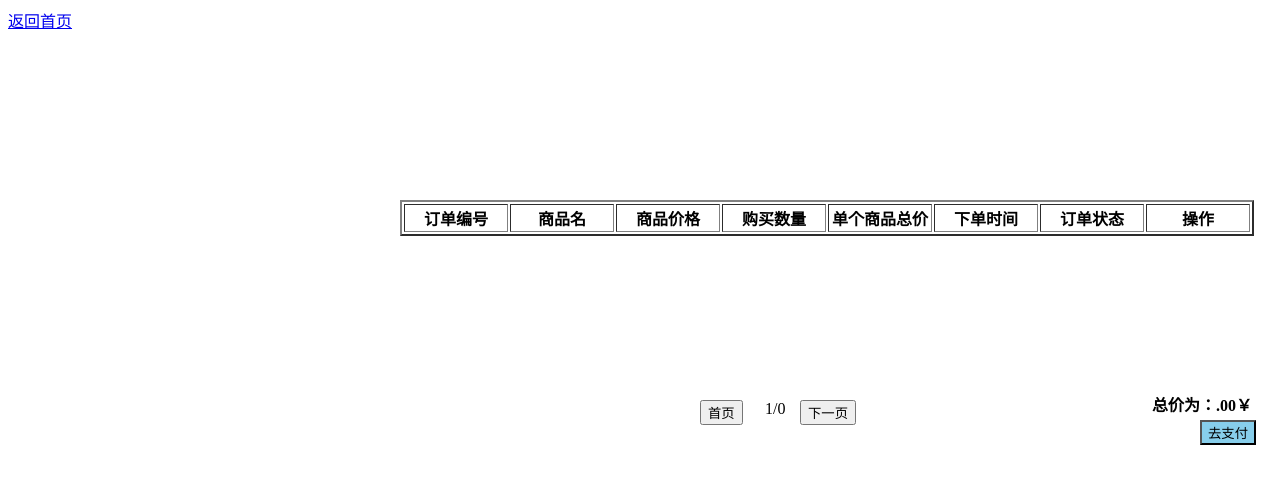
Repository: Gale-student/Gale-student.github.io
Page: http://localhost/weshop/OrdersDetailUnpaidQueryServlet
These files come from the project's save history. The page is drawn as it stood at one moment and after the next save; the edit follows.
The browser window is 1280 px wide. The pictures show the whole page.
The page is served by Tomcat 9. Other server files are loaded and not shown. Queries for data that is not in the repository find no rows.

Above is the page before, as saved 2022-10-05 13:21:26.

### WeShop/weshop/WebRoot/WEB-INF/jsp/OrdersUnpaidQueryOfUser.jsp
<%@ page language="java" import="java.util.*,com.company.entity.*" pageEncoding="utf-8"%>
<%
String path = request.getContextPath();
String basePath = request.getScheme()+"://"+request.getServerName()+":"+request.getServerPort()+path+"/";
%>

<!DOCTYPE HTML PUBLIC "-//W3C//DTD HTML 4.01 Transitional//EN">
<html>
  <head>
    <base href="<%=basePath%>">

    <title>My JSP 'OrdersUnpaidQueryOfUser.jsp' starting page</title>

	<meta http-equiv="pragma" content="no-cache">
	<meta http-equiv="cache-control" content="no-cache">
	<meta http-equiv="expires" content="0">
	<meta http-equiv="keywords" content="keyword1,keyword2,keyword3">
	<meta http-equiv="description" content="This is my page">
	<!--
	<link rel="stylesheet" type="text/css" href="styles.css">
	-->
  <%
      List<OrdersDetail> ordersDetailList = (List<OrdersDetail>)request.getAttribute("ordersDetailList");

      int currentPage = (Integer) session.getAttribute("currentPage");
      int allPage = (Integer) session.getAttribute("allPage");

      String upPage = "上一页";
      String downPage = "下一页";
      if(currentPage == 1){
         upPage = "首页";
      }
      if(currentPage == allPage){
         downPage = "尾页";
      }

      String totalPrice = (String) request.getAttribute("totalPrice");
      if(totalPrice == null){
         totalPrice = "";
      }
   %>
    <style type="text/css">
     th{
        width: 100px;
     }
     td{
        width: 100px;
     }
   </style>
  </head>

  <body>
   <a href="ShoppingHomePage.jsp">返回首页</a>
    <table style="position: absolute; left: 400px; top: 200px; text-align: center;" border="2" cellspacing="2">
       <tr>
          <th>订单编号</th>
          <th>商品名</th>
          <th>商品价格</th>
          <th>购买数量</th>
          <th>单个商品总价</th>
          <th>下单时间</th>
          <th>订单状态</th>
          <th>操作</th>
       </tr>
       <%for(int i = 0; i < ordersDetailList.size(); i ++){ %>
       <tr>
          <td><%=ordersDetailList.get(i).getOid() %></td>
          <td><%=ordersDetailList.get(i).getSname() %></td>
          <td><%=ordersDetailList.get(i).getSprice() %>.00￥</td>
          <td><%=ordersDetailList.get(i).getQuantity() %>.0</td>
          <td><%=ordersDetailList.get(i).getShopPrice() %>.00￥</td>
          <td><%=ordersDetailList.get(i).getDate() %></td>
          <td><%=ordersDetailList.get(i).getStatus() %></td>
          <td>
             <form action="OrdersCancelOfUserServlet" method="post">
                <input style="position: absolute; visibility: hidden;" type="text" value=<%=ordersDetailList.get(i).getOid() %> name="oid">
                <input type="submit" value="取消订单">
             </form>
          </td>
       </tr>
       <%} %>
    </table>
    <div style="position: absolute; left: 700px; top: 400px;">
    <form action="OrdersDetailUnpaidUpPageServlet" method="post">
       <input type="submit" value=<%=upPage %>>
    </form>
    <label style="position: absolute; top: 0px; left: 65px;"><%=currentPage + "/" + allPage %></label>
    <form style="position: absolute; top: 0px; left: 100px;" action="OrdersDetailUnpaidDownPageServlet" method="post">
       <input type="submit" value=<%=downPage %>>
    </form>

    </div>
    <label style="position: absolute; left: 1150px; top: 390px;border: 2px solid white; font-weight: bolder;">总价为：<%=totalPrice %>.00￥</label>
    <form action="" method="post">
        <input style="position: absolute; left: 1200px; top: 420px; background: skyblue; " type="submit" value="去支付">
    </form>
  </body>
</html>

### WeShop/weshop/src/com/company/controller/OrdersDetailUnpaidQueryServlet.java
package com.company.controller;

import java.io.IOException;
import java.io.PrintWriter;
import java.util.List;

import javax.servlet.ServletException;
import javax.servlet.http.HttpServlet;
import javax.servlet.http.HttpServletRequest;
import javax.servlet.http.HttpServletResponse;
import javax.servlet.http.HttpSession;

import com.company.entity.OrdersDetail;
import com.company.service.OrdersService;
import com.company.service.OrdersServiceImpl;

public class OrdersDetailUnpaidQueryServlet extends HttpServlet {

	/**
	 * The doGet method of the servlet. <br>
	 *
	 * This method is called when a form has its tag value method equals to get.
	 *
	 * @param request the request send by the client to the server
	 * @param response the response send by the server to the client
	 * @throws ServletException if an error occurred
	 * @throws IOException if an error occurred
	 */
	public void doGet(HttpServletRequest request, HttpServletResponse response)
			throws ServletException, IOException {

		doPost(request, response);
	}

	/**
	 * The doPost method of the servlet. <br>
	 *
	 * This method is called when a form has its tag value method equals to post.
	 *
	 * @param request the request send by the client to the server
	 * @param response the response send by the server to the client
	 * @throws ServletException if an error occurred
	 * @throws IOException if an error occurred
	 */
	public void doPost(HttpServletRequest request, HttpServletResponse response)
			throws ServletException, IOException {

		HttpSession hs = request.getSession();
		String uid = (String)hs.getAttribute("uid");
		OrdersService ordersService = new OrdersServiceImpl();
		try {
			List<OrdersDetail> ordersDetailList = ordersService.queryOrdersDetailUnpaid(uid, 0);
			int allRows = ordersService.OrdersDetailUnpaidAllRows(uid);
			int allPage = allRows / 3;
			if(allRows % 3 != 0){
				allPage ++;
			}
			String totalPrice = ordersService.queryTotalPriceOfUserUnpaidOrders(uid);
			request.setAttribute("totalPrice", totalPrice);
			hs.setAttribute("allPage", allPage);
			hs.setAttribute("currentPage", 1);
			request.setAttribute("ordersDetailList", ordersDetailList);
			request.getRequestDispatcher("WEB-INF/jsp/OrdersUnpaidQueryOfUser.jsp").forward(request, response);
		} catch (Exception e) {
			// TODO Auto-generated catch block
			e.printStackTrace();
		}

	}

}

### WeShop/weshop/src/com/company/service/OrdersServiceImpl.java
package com.company.service;

import java.util.List;

import com.company.dao.OrdersDao;
import com.company.dao.OrdersDaoImpl;
import com.company.entity.Orders;
import com.company.entity.OrdersDetail;

public class OrdersServiceImpl implements OrdersService {
	private OrdersDao ordersDao = new OrdersDaoImpl();

    //获取订单表总行数
	public int OrdersAllRows() throws Exception {
		int ordersAllRows = ordersDao.OrdersAllRows();
		return ordersAllRows;
	}

    //添加订单(购买 下单 默认未支付状态)
	public void addOrders(String uid, String sid, String quantity)
			throws Exception {
		ordersDao.insertOrders(uid, sid, quantity);
	}

    //取消订单
	public void cancelOrders(String oid) throws Exception {
		ordersDao.deleteOrders(oid);
	}

    //订单表分页
	public List<Orders> ordersPagingQuery(int page) throws Exception {
		List<Orders> ordersList = ordersDao.ordersPaging(page * 3, 3);
		return ordersList;
	}

    //根据订单编号查订单
	public List<Orders> queryOrdersByOid(String oid) throws Exception {
		List<Orders> ordersList = ordersDao.selectOrdersByOid(oid);
		return ordersList;
	}

    //查看未支付订单
	public List<Orders> queryOrdersByStatusUnpaid() throws Exception {
		List<Orders> ordersList = ordersDao.selectOrdersByStatusUnpaid();
		return ordersList;
	}

	//通过用户ID查订单
	public List<Orders> queryOrdersByUid(String uid) throws Exception {
		List<Orders> ordersList = ordersDao.selectOrdersByUid(uid);
		return ordersList;
	}

	//修改商品数量
	public void modifyQuantity(String sid, String quantity) throws Exception {
		ordersDao.updateQuantity(sid, quantity);
	}

	//查找所有订单
	public List<Orders> queryAllOrders() throws Exception {
		List<Orders> ordersList = ordersDao.selectAllOrders();
		return ordersList;
	}

	//查看用户所有订单详情
	public List<OrdersDetail> selectOrdersDetail(String uid, int page) throws Exception {
		List<OrdersDetail> ordersDetailList = ordersDao.selectOrdersDetail(uid, page * 3, 3);
		return ordersDetailList;
	}

	//获取用户订单表总行数
	public int OrdersDetailAllRows(String uid) throws Exception {
		int ordersDetailAllRows = ordersDao.OrdersDetailAllRows(uid);
		return ordersDetailAllRows;
	}

	//获取用户未支付订单总行数
	public int OrdersDetailUnpaidAllRows(String uid) throws Exception {
		int ordersDetailUnpaidAllRows = ordersDao.OrdersDetailUnpaidAllRows(uid);
		return ordersDetailUnpaidAllRows;
	}

	//查看用户未支付订单详情
	public List<OrdersDetail> queryOrdersDetailUnpaid(String uid, int page) throws Exception {
		List<OrdersDetail> ordersDetaiUnpaidlList = ordersDao.selectOrdersDetailUnpaid(uid, page * 3, 3);
		return ordersDetaiUnpaidlList;
	}

	//
	public String queryTotalPriceOfUserUnpaidOrders(String uid)
			throws Exception {
		String totalPrice = ordersDao.selectTotalPriceOfUserUnpaidOrders(uid);
		return totalPrice;
	}


}

### WeShop/weshop/src/com/company/dao/OrdersDao.java
package com.company.dao;

import java.util.List;

import com.company.entity.Orders;
import com.company.entity.OrdersDetail;

public interface OrdersDao {
	//删除订单(取消订单)
	public void deleteOrders(String oid) throws Exception;
	//订单表分页
	public List<Orders> ordersPaging(int offset, int count) throws Exception;
	//获取订单表总行数
	public int OrdersAllRows() throws Exception;
	//根据订单号查找订单
	public List<Orders> selectOrdersByOid(String oid) throws Exception;
	//查看未支付订单
	public List<Orders> selectOrdersByStatusUnpaid() throws Exception;
	//用户下单(添加订单)
	public void insertOrders(String uid, String sid, String quantity) throws Exception;
	//根据用户ID查订单
	public List<Orders> selectOrdersByUid(String uid) throws Exception;
	//更新订单中商品数量
	public void updateQuantity(String sid, String quantity) throws Exception;
	//查寻所有订单
	public List<Orders> selectAllOrders() throws Exception;
	//订单详情表分页(用户)
	public List<OrdersDetail> selectOrdersDetail(String uid, int offset, int count) throws Exception;
	//获取用户订单表总行数
	public int OrdersDetailAllRows(String uid) throws Exception;
	//用户未支付订单分页查询
	public List<OrdersDetail> selectOrdersDetailUnpaid(String uid, int offset, int count) throws Exception;
	//获取用户未支付订单表总行数
	public int OrdersDetailUnpaidAllRows(String uid) throws Exception;
	//获取所有未支付订单的总价
	public String selectTotalPriceOfUserUnpaidOrders(String uid) throws Exception;
}

### WeShop/weshop/src/com/company/dao/OrdersDaoImpl.java
package com.company.dao;

import java.sql.Connection;
import java.sql.Date;
import java.sql.DriverManager;
import java.sql.PreparedStatement;
import java.sql.ResultSet;
import java.text.DateFormat;
import java.util.ArrayList;
import java.util.List;

import com.company.entity.Orders;
import com.company.entity.OrdersDetail;
import com.company.entity.User;

public class OrdersDaoImpl implements OrdersDao {
	private String url = "jdbc:mysql://localhost:3306/test?characterEncoding=utf-8";
    private String username = "root";
    private String password = "root";

    //获取订单表总行数(管理员)
	public int OrdersAllRows() throws Exception {
		Class.forName("com.mysql.jdbc.Driver");
		Connection conn = DriverManager.getConnection(url, username, password);
		String sql = " select count(*) as rows from orders ";
		PreparedStatement ps = conn.prepareStatement(sql);
		ResultSet rs = ps.executeQuery();
		rs.next();
		int rows = rs.getInt("rows");
		return rows;
	}

    //删除订单(管理员)
	public void deleteOrders(String oid) throws Exception {
		Class.forName("com.mysql.jdbc.Driver");
		Connection conn = DriverManager.getConnection(url, username, password);
		String sql = " delete from orders where oid = ? ";
		PreparedStatement ps = conn.prepareStatement(sql);
		ps.setString(1, oid);
		ps.execute();
		conn.close();

	}

    //订单表分页(管理员)
	public List<Orders> ordersPaging(int offset, int count) throws Exception {
		Class.forName("com.mysql.jdbc.Driver");
		Connection conn = DriverManager.getConnection(url, username, password);
		String sql = " select * from orders limit ?, ? ";
		PreparedStatement ps = conn.prepareStatement(sql);
		ps.setInt(1, offset);
		ps.setInt(2, count);
		ResultSet rs = ps.executeQuery();
		List<Orders> ordersList = new ArrayList<Orders>();
		while(rs.next()){
			String oid = rs.getString("oid");
			String uid = rs.getString("uid");
			String sid = rs.getString("sid");
			String quantity = rs.getString("quantity");
			String date = rs.getString("date");
			String status = rs.getString("status");
			Orders orders = new Orders();
			orders.setOid(oid);
			orders.setUid(uid);
			orders.setSid(sid);
			orders.setQuantity(quantity);
			orders.setDate(date);
			orders.setStatus(status);
            ordersList.add(orders);
		}
		return ordersList;
	}

    //根据订单号查找订单(管理员)
	public List<Orders> selectOrdersByOid(String oid) throws Exception {
		Class.forName("com.mysql.jdbc.Driver");
		Connection conn = DriverManager.getConnection(url, username, password);
		String sql = " select * from orders where oid = ? ";
		PreparedStatement ps = conn.prepareStatement(sql);
		ps.setString(1, oid);
		ResultSet rs = ps.executeQuery();
		List<Orders> ordersList = new ArrayList<Orders>();
		while(rs.next()){
			String uid = rs.getString("uid");
			String sid = rs.getString("sid");
			String quantity = rs.getString("quantity");
			String date = rs.getString("date");
			String status = rs.getString("status");
			Orders orders = new Orders();
			orders.setOid(oid);
			orders.setUid(uid);
			orders.setSid(sid);
			orders.setQuantity(quantity);
			orders.setDate(date);
			orders.setStatus(status);
			ordersList.add(orders);
		}
		return ordersList;
	}

    //查看未支付订单(管理员)
	public List<Orders> selectOrdersByStatusUnpaid() throws Exception {
		Class.forName("com.mysql.jdbc.Driver");
		Connection conn = DriverManager.getConnection(url, username, password);
		String sql = " select * from orders where status = '0' ";
		PreparedStatement ps = conn.prepareStatement(sql);
		ResultSet rs = ps.executeQuery();
		List<Orders> ordersList = new ArrayList<Orders>();
		while(rs.next()){
			String oid = rs.getString("oid");
			String uid = rs.getString("uid");
			String sid = rs.getString("sid");
			String quantity = rs.getString("quantity");
			String date = rs.getString("date");
			String status = rs.getString("status");
			Orders orders = new Orders();
			orders.setOid(oid);
			orders.setUid(uid);
			orders.setSid(sid);
			orders.setQuantity(quantity);
			orders.setDate(date);
			orders.setStatus(status);
			ordersList.add(orders);
		}
		return ordersList;
	}

	//添加订单(用户购买)
	public void insertOrders(String uid, String sid, String quantity) throws Exception {
		Class.forName("com.mysql.jdbc.Driver");
		Connection conn = DriverManager.getConnection(url, username, password);

		System.currentTimeMillis();
		String oid = "" + System.currentTimeMillis();
		String sql = " insert into orders values ( ?, ?, ?, ?, now(), 0 ) ";
		PreparedStatement ps = conn.prepareStatement(sql);
		ps.setString(1, oid);
		ps.setString(2, uid);
		ps.setString(3, sid);
		ps.setString(4, quantity);
		ps.execute();
		conn.close();

	}

	//根据用户ID查询订单(管理员)
	public List<Orders> selectOrdersByUid(String uid) throws Exception {
		Class.forName("com.mysql.jdbc.Driver");
		Connection conn = DriverManager.getConnection(url, username, password);
		String sql = " select * from orders where uid = ? ";
		PreparedStatement ps = conn.prepareStatement(sql);
		ps.setString(1, uid);
		ResultSet rs = ps.executeQuery();
		List<Orders> ordersList = new ArrayList<Orders>();
		while(rs.next()){
			String oid = rs.getString("oid");
			String sid = rs.getString("sid");
			String quantity = rs.getString("quantity");
			String date = rs.getString("date");
			String status = rs.getString("status");
			Orders orders = new Orders();
			orders.setOid(oid);
			orders.setUid(uid);
			orders.setSid(sid);
			orders.setQuantity(quantity);
			orders.setDate(date);
			orders.setStatus(status);
			ordersList.add(orders);
		}
		return ordersList;
	}

	//更新订单中商品数量(用户 添加相同商品)
	public void updateQuantity(String sid, String quantity) throws Exception {
		Class.forName("com.mysql.jdbc.Driver");
		Connection conn = DriverManager.getConnection(url, username, password);
		String sql = " update orders set quantity = quantity + ? where sid = ? and status = 0 ";
		PreparedStatement ps = conn.prepareStatement(sql);
		ps.setString(1, quantity);
		ps.setString(2, sid);
		ps.execute();
		conn.close();
	}

	//查询所有订单(管理员)
	public List<Orders> selectAllOrders() throws Exception {
		Class.forName("com.mysql.jdbc.Driver");
		Connection conn = DriverManager.getConnection(url, username, password);
		String sql = " select * from orders ";
		PreparedStatement ps = conn.prepareStatement(sql);
		ResultSet rs = ps.executeQuery();
		List<Orders> ordersList = new ArrayList<Orders>();
		while(rs.next()){
			String oid = rs.getString("oid");
			String uid = rs.getString("uid");
			String sid = rs.getString("sid");
			String quantity = rs.getString("quantity");
			String date = rs.getString("date");
			String status = rs.getString("status");
			Orders orders = new Orders();
			orders.setOid(oid);
			orders.setUid(uid);
			orders.setSid(sid);
			orders.setQuantity(quantity);
			orders.setDate(date);
			orders.setStatus(status);
			ordersList.add(orders);
		}
		return ordersList;
	}

	//用户订单详情表分页
	public List<OrdersDetail> selectOrdersDetail(String uid, int offset, int count) throws Exception {
		Class.forName("com.mysql.jdbc.Driver");
		Connection conn = DriverManager.getConnection(url, username, password);
		String sql = " select o.oid, o.uid, s.sname, s.sprice, o.quantity,  " +
				"(o.quantity * s.sprice) as shopPrice, o.date, o.status from orders " +
				"o inner join shop s where s.sid = o.sid and o.uid = ? limit ?, ? ";
		PreparedStatement ps = conn.prepareStatement(sql);
		ps.setString(1, uid);
		ps.setInt(2, offset);
		ps.setInt(3, count);
		ResultSet rs = ps.executeQuery();
		List<OrdersDetail> ordersDetailList = new ArrayList<OrdersDetail>();
		while(rs.next()){
			String oid = rs.getString("oid");
			String sname = rs.getString("sname");
			String sprice = rs.getString("sprice");
			String quantity = rs.getString("quantity");
			String shopPrice = rs.getString("shopPrice");
			String date = rs.getString("date");
			String status = rs.getString("status");
			OrdersDetail ordersDetail = new OrdersDetail();
			ordersDetail.setOid(oid);
			ordersDetail.setUid(uid);
			ordersDetail.setSname(sname);
			ordersDetail.setSprice(sprice);
			ordersDetail.setQuantity(quantity);
			ordersDetail.setShopPrice(shopPrice);
			ordersDetail.setDate(date);
			ordersDetail.setStatus(status);
			ordersDetailList.add(ordersDetail);
		}
		return ordersDetailList;
	}

	//获取用户订单详情表总行数
	public int OrdersDetailAllRows(String uid) throws Exception {
		Class.forName("com.mysql.jdbc.Driver");
		Connection conn = DriverManager.getConnection(url, username, password);
		String sql = " select count(*) as rows from orders where uid = ? ";
		PreparedStatement ps = conn.prepareStatement(sql);
		ps.setString(1, uid);
		ResultSet rs = ps.executeQuery();
		rs.next();
		int rows = rs.getInt("rows");
		conn.close();
		return rows;
	}

	//获取用户未支付订单总行数
	public int OrdersDetailUnpaidAllRows(String uid) throws Exception {
		Class.forName("com.mysql.jdbc.Driver");
		Connection conn = DriverManager.getConnection(url, username, password);
		String sql = " select count(*) as rows from orders where uid = ? and status = 0 ";
		PreparedStatement ps = conn.prepareStatement(sql);
		ps.setString(1, uid);
		ResultSet rs = ps.executeQuery();
		rs.next();
		int rows = rs.getInt("rows");
		conn.close();
		return rows;
	}

	//查询用户未支付订单
	public List<OrdersDetail> selectOrdersDetailUnpaid(String uid, int offset,
			int count) throws Exception {
		Class.forName("com.mysql.jdbc.Driver");
		Connection conn = DriverManager.getConnection(url, username, password);
		String sql = " select o.oid, o.uid, s.sname, s.sprice, o.quantity,  " +
				"(o.quantity * s.sprice) as shopPrice, o.date, o.status from orders " +
				"o inner join shop s where s.sid = o.sid and o.uid = ? and o.status = 0 limit ?, ? ";
		PreparedStatement ps = conn.prepareStatement(sql);
		ps.setString(1, uid);
		ps.setInt(2, offset);
		ps.setInt(3, count);
		ResultSet rs = ps.executeQuery();
		List<OrdersDetail> ordersDetailList = new ArrayList<OrdersDetail>();
		while(rs.next()){
			String oid = rs.getString("oid");
			String sname = rs.getString("sname");
			String sprice = rs.getString("sprice");
			String quantity = rs.getString("quantity");
			String shopPrice = rs.getString("shopPrice");
			String date = rs.getString("date");
			String status = rs.getString("status");
			OrdersDetail ordersDetail = new OrdersDetail();
			ordersDetail.setOid(oid);
			ordersDetail.setUid(uid);
			ordersDetail.setSname(sname);
			ordersDetail.setSprice(sprice);
			ordersDetail.setQuantity(quantity);
			ordersDetail.setShopPrice(shopPrice);
			ordersDetail.setDate(date);
			ordersDetail.setStatus(status);
			ordersDetailList.add(ordersDetail);
		}
		return ordersDetailList;
	}

	//获取用户未支付订单的总价
	public String selectTotalPriceOfUserUnpaidOrders(String uid)
			throws Exception {
		Class.forName("com.mysql.jdbc.Driver");
		Connection conn = DriverManager.getConnection(url, username, password);
		String sql = " select sum(o.quantity * s.sprice) as totalPrice from orders o inner join shop s where uid = ? and status = 0 ";
		PreparedStatement ps = conn.prepareStatement(sql);
		ps.setString(1, uid);
		ResultSet rs = ps.executeQuery();
		rs.next();
		String totalPrice = rs.getString("totalPrice");
		return totalPrice;
	}

}

After the next save:
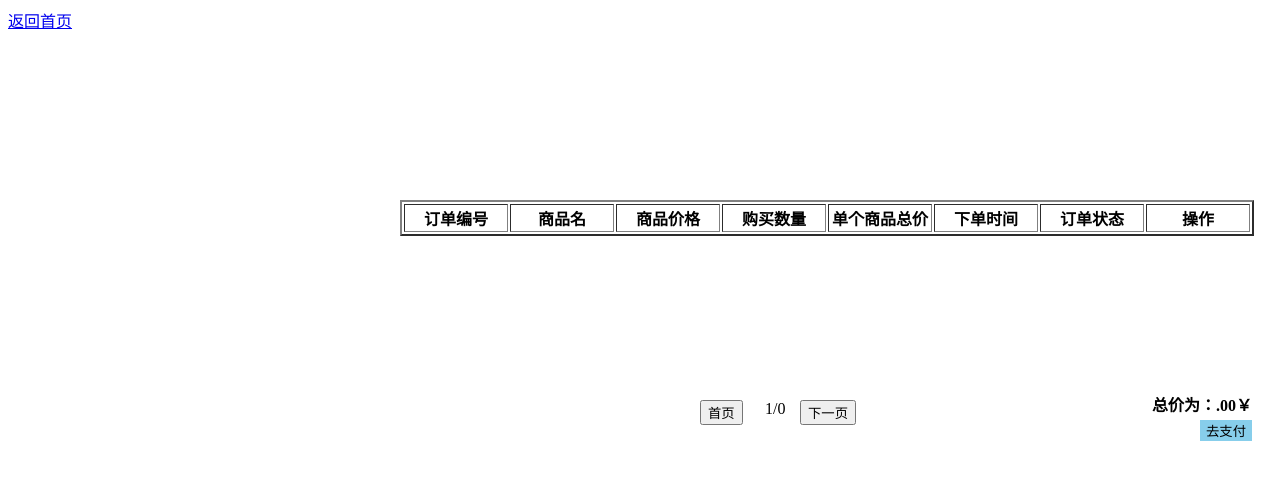
Saved 17 s later.
--- a/WeShop/weshop/WebRoot/WEB-INF/jsp/OrdersUnpaidQueryOfUser.jsp
+++ b/WeShop/weshop/WebRoot/WEB-INF/jsp/OrdersUnpaidQueryOfUser.jsp
@@ -92,7 +92,7 @@
     </div>
     <label style="position: absolute; left: 1150px; top: 390px;border: 2px solid white; font-weight: bolder;">总价为：<%=totalPrice %>.00￥</label>
     <form action="" method="post">
-        <input style="position: absolute; left: 1200px; top: 420px; background: skyblue; " type="submit" value="去支付">
+        <input style="position: absolute; left: 1200px; top: 420px; background: skyblue; border: 0;" type="submit" value="去支付">
     </form>
   </body>
 </html>

After the 2 saves that followed:
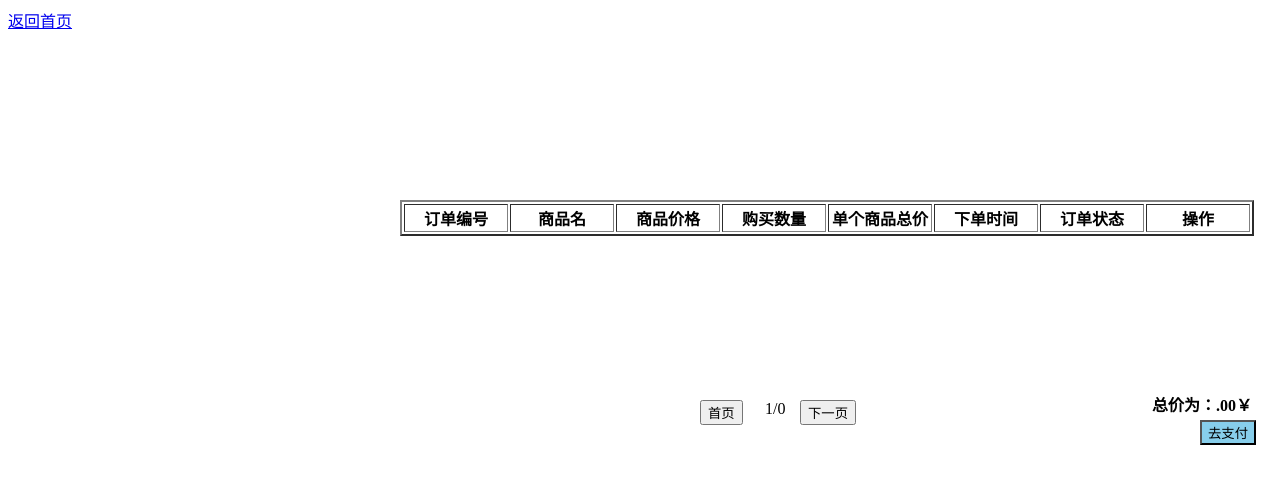
The 2 saves are shown as one change because 1 left the picture as it was.
The last was saved 25 s later.
--- a/WeShop/weshop/WebRoot/WEB-INF/jsp/OrdersUnpaidQueryOfUser.jsp
+++ b/WeShop/weshop/WebRoot/WEB-INF/jsp/OrdersUnpaidQueryOfUser.jsp
@@ -92,7 +92,7 @@
     </div>
     <label style="position: absolute; left: 1150px; top: 390px;border: 2px solid white; font-weight: bolder;">总价为：<%=totalPrice %>.00￥</label>
     <form action="" method="post">
-        <input style="position: absolute; left: 1200px; top: 420px; background: skyblue; border: 0;" type="submit" value="去支付">
+        <input style="position: absolute; left: 1200px; top: 420px; background: skyblue; " type="submit" value="去支付">
     </form>
   </body>
 </html>
